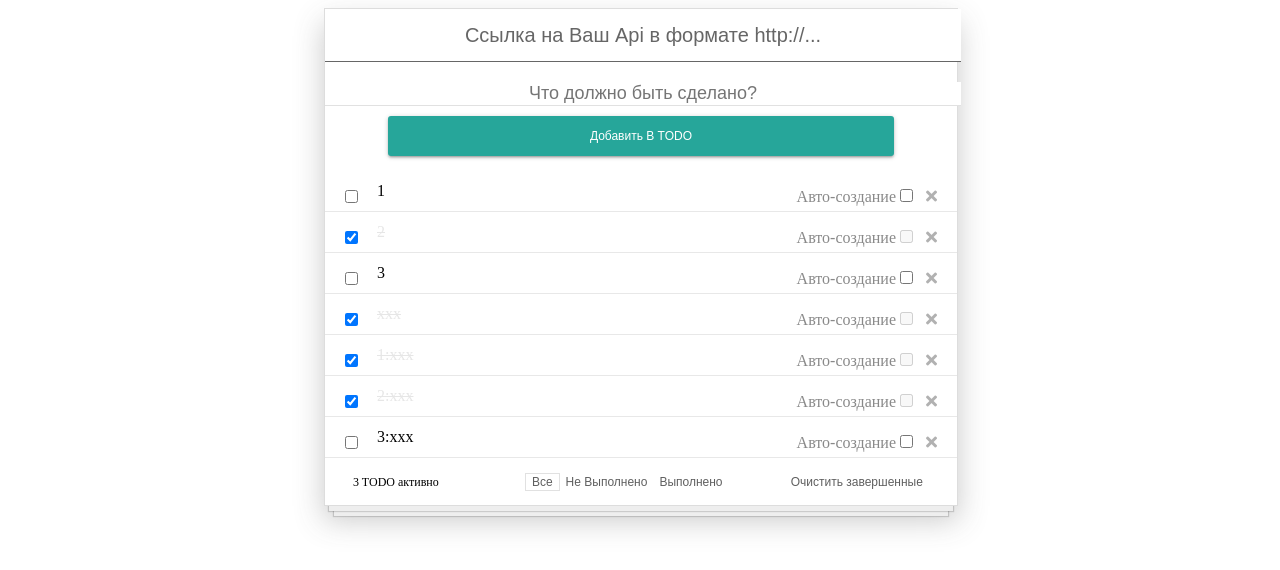
Repository: AntonBrock/taskTodo_for-backend
Page: /
The author's editor kept a copy of each file at every save. The page is drawn from the files as they stood at one save, then again after the next save.
The browser window is 1280 px wide. The pictures show the whole page.
The page's requests for data from a server got no answer. Some web libraries are served in a nearby version. The project was rebuilt for these pictures with package versions that can differ from the ones it lists, and the page was loaded fresh each time. No one was signed in, and anything a server would have sent is missing.

Above is the page before, as saved 2019-04-26 12:07:11.

### public/index.html
<!DOCTYPE html>
<html lang="en">
  <head>
    <meta charset="utf-8">
    <meta http-equiv="X-UA-Compatible" content="IE=edge">
    <meta name="viewport" content="width=device-width,initial-scale=1.0">
    <link rel="stylesheet" href="https://use.fontawesome.com/releases/v5.8.1/css/all.css" integrity="sha384-50oBUHEmvpQ+1lW4y57PTFmhCaXp0ML5d60M1M7uH2+nqUivzIebhndOJK28anvf" crossorigin="anonymous">
    <link rel="icon" href="<%= BASE_URL %>favicon.ico">
    <title>todolist-vue</title>
  </head>
  <body>
    <noscript>
      <strong>We're sorry but todolist-vue doesn't work properly without JavaScript enabled. Please enable it to continue.</strong>
    </noscript>
    <div id="app"></div>
    <!-- built files will be auto injected -->
  </body>
</html>

### src/main.js
import Vue from 'vue'
import store from './store/index'
import Vuex from 'vuex'
import App from './App.vue'

Vue.config.productionTip = false

Vue.use(Vuex)

new Vue({
  store,
  render: h => h(App),
}).$mount('#app')

### src/store/index.js
import Vue from 'vue'
import Vuex from 'vuex'
import urlForm from '../views/todolist/_store'

Vue.use(Vuex)

export default new Vuex.Store({
    modules: {
        urlForm
    }
})

### src/App.vue
<template lang="pug">
  #app
    Todolist
</template>

<script>
import Todolist from './views/todolist/Index.vue'

export default {
  name: 'app',
  components: {
    Todolist
  }
}
</script>

<style lang="stylus">
</style>

### src/views/todolist/_store/index.js
import state from "./state";
import * as getters from "./getters";
import * as mutations from "./mutations";
import * as actions from "./actions";

export default {
  namespaced: true,
  state,
  getters,
  mutations,
  actions
};

### src/views/todolist/Index.vue
<template lang="pug">
  .main-container(v-cloak)
    ApiForm
    div
      input.todo-input(type='text', placeholder='Что должно быть сделано?', v-model='firstTodo',  @keyup.enter='newTodo')
      button.btn(v-on:click='addNewTodo') Добавить В TODO

      Todo(v-for='(todo, index) in todosFiltered', :key='todo.id', :todo="todo" :index='index')
      .extra-container
        .extra-container_numInList {{ remaining }} TODO активно
        div
          button(v-bind:class="{ active: filter == 'all' }", v-on:click=" filter = 'all'") Все
          button(v-bind:class="{ active: filter == 'active' }", v-on:click=" filter = 'active'") Не Выполнено
          button(v-bind:class="{ active: filter == 'completed' }", v-on:click=" filter = 'completed'") Выполнено
        button(@click='filterTodoList') Очистить завершенные
</template>

<script>
import ApiForm from "./_components/ApiForm.vue"
import Todo from "./_components/Todo.vue"
import { mapActions, mapGetters } from "vuex"
import todoApi from "./_api/todoApi.js"

export default {
  data () {
    return {
      id: 8,
      firstTodo: '',
      beforeEditCache: '',
      filter: 'all',
      error: false,
      a: ''
    }
  },
  mounted(){
    // Отправка при включении TODO + сразу отправка всех активных TODO
    todoApi.getTodos('all')
    .then(response => {
      this.todos = response.data
      console.log(response);
    })
    .catch(error => {
      console.log(error);
    })
  },
  created() {
    this.a = JSON.parse(localStorage.getItem('todos'))
    if('todos' in localStorage) {
      this.updateTodoList(this.a)
    }
  },
  computed: {
    ...mapGetters({
      getTodos: 'urlForm/getTodos'
    }),
    remaining() {
      return this.getTodos.filter(todo => !todo.completed).length
    },
    todosFiltered() {
      if (this.filter == 'all') {
        // Отправка при выборе фильтра "Все" (Активные)
        todoApi.getTodos('all')
        .then(done => {
          console.log(done)
        })
        .catch( error => {
          console.log(error)
        })

        console.log(this.getTodos);
        return this.getTodos
      } else if (this.filter == 'active') {
        console.log(this.getTodos);
        return this.getTodos.filter(todo => !todo.completed)
      } else if (this.filter == 'completed') {
        todoApi.getTodos('completed')
        .then(done => {
          console.log(done)
        })
        .catch( error => {
          console.log(error)
        })
        console.log(this.getTodos);
          return this.getTodos.filter(todo => todo.completed)
      }
    }
  },
  methods: {
    ...mapActions({
      filterTodoList: 'urlForm/filterTodoList',
      updateTodoList: "urlForm/updateTodoList"
    }),
    addNewTodo() {
      let data = {
        id: this.id++,
        title: this.firstTodo,
        completed: false,
        check: false,
      }
      if(this.firstTodo.trim().length == 0) {
        return
      }
      // отправка при добавлении нового TODO
      todoApi.postTodo(data)
      .then(() => {
        console.log('ok');
        this.getTodos.push(data)
        localStorage.setItem('todos', JSON.stringify(this.getTodos))
      })
      .catch(error => {
        console.log('Ошибка при запросе на Ваш сервер')
        this.getTodos.push(data)
        localStorage.setItem('todos', JSON.stringify(this.getTodos))
      })

      localStorage.setItem('todos', JSON.stringify(this.getTodos))
      this.firstTodo = ''
    },
    newTodo() {
        let data = {
        id: this.id++,
        title: this.firstTodo,
        completed: false,
        check: false,
      }
      if(this.firstTodo.trim().length == 0) {
        return
      }
      // отправка при добавлении нового TODO
      todoApi.postTodo(data) // каждые 5 сек
      .then(() => {
        console.log('ok');
        this.getTodos.push(data)
        localStorage.setItem('todos', JSON.stringify(this.getTodos))
      })
      .catch(error => {
        console.log('Сервер не ответил')
        this.getTodos.push(data)
        localStorage.setItem('todos', JSON.stringify(this.getTodos))
      })

      localStorage.setItem('todos', JSON.stringify(this.getTodos))
      this.firstTodo = ''
      this.idForTodo++
    }
  },
  components: {
    ApiForm,
    Todo
  }
}

</script>

<style lang="stylus">
  [v-cloak]
    display none

  .main-container
    border 1px solid #DDDDDD
    width 50%
    margin-left 25%
    box-shadow 0 10px 0 -5px #eee,
               0 10px 1px -4px rgba(0,0,0,0.15),
               0 20px 0 -10px rgb(238, 238, 238),
               0 20px 1px -9px rgba(0,0,0,0.15),
               0 14px 28px rgba(75, 75, 75, 0.30)

  .extra-container
    display flex
    align-items center
    justify-content space-around
    font-size 12px
    padding-top 5px
    margin-bottom 14px

  .extra-container_numInList
    margin-right 30px
    font-size 12px

  button
    font-size 12px
    background-color white
    appearance none
    border none
    outline none
    color rgb(95, 95, 95)
    &:hover
      background rgba(211, 211, 211, 0.363)
    &:focus
      outline none

  .active
    background #fff
    border 1px solid #E1E1E1

  .remove-item
    margin-right 20px

  .remove
    margin-left: 10px
    opacity .3
    transition all 0.2s ease-in-out !important
    &:hover
      opacity .9
      color#E11010
      transition all 0.2s ease-in-out !important

  .auto_created
    font-size 1rem
    color rgba(102, 102, 102, 0.767)

  .btn
    border-radius 3px
    margin-bottom 25px
    width 80%
    margin-left 10%
    height 40px
    color #fff
    background-color #26a69a
    text-align center
    letter-spacing .5px
      -webkit-transition background-color .2s ease-out
    transition background-color .2s ease-out
    cursor pointer
    box-shadow 0 2px 2px 0 rgba(0,0,0,.14),
               0 3px 1px -2px rgba(0,0,0,.12),
               0 1px 5px 0 rgba(0,0,0,.2)
    &:hover
      background-color #46b6abe3!important
</style>

### src/views/todolist/_store/state.js
export default {
    url: '',
    todos: [
    {
      'id': 1,
      'title': 1,
      'completed': false,
      'check': false,
    },
    {
      'id': 2,
      'title': 2,
      'completed': true,
      'check': false,
    },
    {
      'id': 3,
      'title': 3,
      'completed': false,
      'check': false,
    },
    {
      'id': 4,
      'title': 'xxx',
      'completed': true,
      'check': false,
    },
    {
      'id': 5,
      'title': '1:xxx',
      'completed': true,
      'check': false,
    },
    {
      'id': 6,
      'title': '2:xxx',
      'completed': true,
      'check': false,
    },
    {
      'id': 7,
      'title': '3:xxx',
      'completed': false,
      'check': false,
    },
  ]
}

### src/views/todolist/_store/getters.js
export const getUrl= state => state.url;
export const getTodos = state => state.todos;

### src/views/todolist/_store/mutations.js
export const UPDATE_URL = state => state.url;
export const UPDATE_TODOS = state => state.todos;
export const CHANGE_TODOS = state => state.todos;

### src/views/todolist/_store/actions.js
export function updateUrl ({ commit, state }, payload) {
    state.url = payload
    commit("UPDATE_URL");
}

export function updateTodo ({ commit }, payload) {
    payload.completed = !payload.completed
    commit("UPDATE_TODOS");
}

export function updateTodoList ({ commit, state }, payload) {
    state.todos = payload
    commit("UPDATE_TODOS");
}

export function filterTodoList ({ commit, state }) {
    state.todos = state.todos.filter(todo => !todo.completed)
    commit("UPDATE_TODOS");
}

### src/views/todolist/_components/ApiForm.vue
<template lang="pug">
  .form(v-cloak='')
    input.inputForUrl(v-model='url',
                      type='text',
                      @blur='updateTodos(url)',
                      placeholder="Ссылка на Ваш Api в формате http://...")
</template>

<script>
import { mapActions, mapGetters } from "vuex";
import todoApi from "../_api/todoApi.js";

export default {
  data() {
    return {
      url: "",
      filter: 'all',
      a: ''
    }
  },
  created(){
    this.a = JSON.parse(localStorage.getItem('todos'))
  },
  computed: {
    ...mapGetters({
      getUrl: "urlForm/getUrl",
      getTodos: 'urlForm/getTodos'
    })
  },
  methods: {
    ...mapActions({
      updateUrl: "urlForm/updateUrl",
      updateTodoList: "urlForm/updateTodoList"
    }),
    updateTodos(url) {
       //получение всех todo при обновлении url ссылки
      this.updateUrl(url);

      if(this.url >= 3){
        this.updateTodoList([])
      }

      if(this.url <= 1) {
        this.updateTodoList(this.a)
      }

      todoApi.getTodos(this.filter)
      .then(response => {
        this.updateTodoList(response.data)
          console.log(response);
      })
      .catch(error => {
          console.log(error)
      });
      console.log('Был установлен ваш Url')
    }
  }
};
</script>

<style lang="stylus">
.inputForUrl
  border-bottom 1px solid #666!important
  margin-bottom 20px
  text-align center
  border none
  width 100%
  height 50px
  font-size 20px
  &::placeholder
    color #666
    font-size 20px
    opacity 1
    transition: 0.2s ease-in-out !important;
		will-change: transform, opacity;

  &:focus::placeholder{
    opacity 0
    transition: 0.2s ease-in-out !important;
		will-change: transform, opacity;
  }
</style>

### src/views/todolist/_components/Todo.vue
<template lang="pug">
  .todo-item
    .todo-item-left
      input.todoInput(type='checkbox', @click='completeTodo(todo)', :checked='todo.completed')
      .todo-item-label(v-if='!todo.editing', v-bind:class='{ completed : todo.completed }') {{ todo.title }}
    .remove-item
      label.auto_created Авто-создание
      input(type='checkbox', :disabled="todo.completed", @click='checkIt(todo)')
      i.fas.fa-times.remove(@click='removeItem(index)')
</template>

<script>
import todoApi from "../_api/todoApi.js"
import { mapActions, mapGetters } from "vuex"
import { setInterval, clearInterval } from 'timers';

export default {
  data() {
    return {

    }
  },
  props: [
    'todo',
    'index'
  ],
  created(){
   localStorage.setItem('todos', JSON.stringify(this.getTodos))
  },
   computed: {
    ...mapGetters({
      getTodos: 'urlForm/getTodos'
    }),
  },
  methods: {
    ...mapActions({
      updateTodo: 'urlForm/updateTodo',

    }),
    completeTodo(todo) {
      // Отправка при выборе фильтра "Выполнено"
      todoApi.editTodo(todo.id)
      .then(() => {
        console.log('Удачно')
      })
      .catch(() => {
        console.log('Ошибка при завершении записи')
      })
      this.updateTodo(todo)
      localStorage.setItem('todos', JSON.stringify(this.getTodos)) //завершенные
    },
    checkIt(todo) {
      todo.check = !todo.check

      todoApi.editTodo(this.todo.id)
      .then(() => {
          console.log('Удачно')
      })
      .catch(() => {
          console.log('Ошибка обновления записи');
      })

     // ведь нужна отрисовка
      localStorage.setItem('todos', JSON.stringify(this.getTodos)) // сохраняеет изменения в Ls, но не отображает их!
    },
    removeItem(index) {
      // отправка удаленного id - todo
      todoApi.deleteTodo(index)
      .then(() => {
        console.log('Удачно');
      })
      .catch( error => {
        console.log(error)
      })

      this.getTodos.splice(index, 1)
      localStorage.setItem('todos', JSON.stringify(this.getTodos))
    }
  }
}
</script>

<style lang="stylus">
  .todo-input
    width 100%
    border none
    margin-bottom 10px
    border-bottom 1px solid rgba(102, 102, 102, 0.192)
    font-size 18px
    transition 0.2s ease-in-out !important
    text-align center
    outline none
    &:placeholder
      color rgba(145, 145, 145, 0.795)
      opacity 1
      transition: 0.2s ease-in-out !important;
		  will-change: transform, opacity;
    &:focus::placeholder
      opacity 0
      transition: 0.2s ease-in-out !important;
		  will-change: transform, opacity;
    &:focus-webkit-input-placeholder
      opacity 0
      transition 0.2s ease-in-out !important
      will-change transform, opacity
    &:-webkit-input-placeholder
      transition 0.2s ease-in-out !important
      will-change transform, opacity
    &:-moz-placeholder
      transition all 0.2s ease-in-out !important
      will-change opacity
      /* Firefox 19+ */
    &:-moz-placeholder
      transition all 0.2s ease-in-out !important
      will-change transform, opacity
      /* Firefox 18- */
    &:-ms-input-placeholder
      transition all 0.2s ease-in-out !important
      will-change transform, opacity

  .todo-item
    width 100%
    margin-bottom 10px
    display flex
    justify-content space-between
    align-items center
    border-bottom 1px solid rgba(226, 226, 226, 0.767)

  .todoInput
    margin-left 20px

  .todo-item-label
    margin-bottom 10px

  .todo-item-left
    display flex
    align-items center

  .todo-item-label
    padding 0px
    border 1px solid white
    margin-left 15px

  .todo-item-edit
    width 50%
    border 1px solid rgba(102, 102, 102, 0.192)
    font-size 18px
    padding 10px 18px
    margin-bottom 20px
    transition 0.2s ease-in-out !important
    &:focus
      outline none
    &:focus-webkit-input-placeholder
      opacity 0
      transition 0.2s ease-in-out !important
      will-change transform, opacity
    &:-webkit-input-placeholder
      transition 0.2s ease-in-out !important
      will-change transform, opacity
    &:-moz-placeholder
      transition all 0.2s ease-in-out !important
      will-change transform, opacity
      /* Firefox 19+ */
    &:-moz-placeholder
      transition all 0.2s ease-in-out !important
      will-change transform, opacity
      /* Firefox 18- */
    &:-ms-input-placeholder
      transition all 0.2s ease-in-out !important
      will-change transform, opacity

  .completed
    text-decoration line-through
    color #E1E1E1
    opacity .8
</style>

### src/views/todolist/_api/todoApi.js
// import Api from '@/api/Api'
import axios from 'axios'
import state from '../_store/state'

const todoApi = {
  getTodos (filter) {
    return axios.get(`${state.url}/todos`, {
      // возвращает отфильтрованный или неотфильтрованный список
      type: filter
    })
  },
  postTodo (data) {
    return axios.post(`${state.url}/todos`, {
      data
    })
  },
  editTodo (id) {
    return axios.patch(`${state.url}/todos/${id}`)
  },
  deleteTodo (id) {
    return axios.delete(`${state.url}/todos/${id}`)
  }
}
export default todoApi

After the next save:
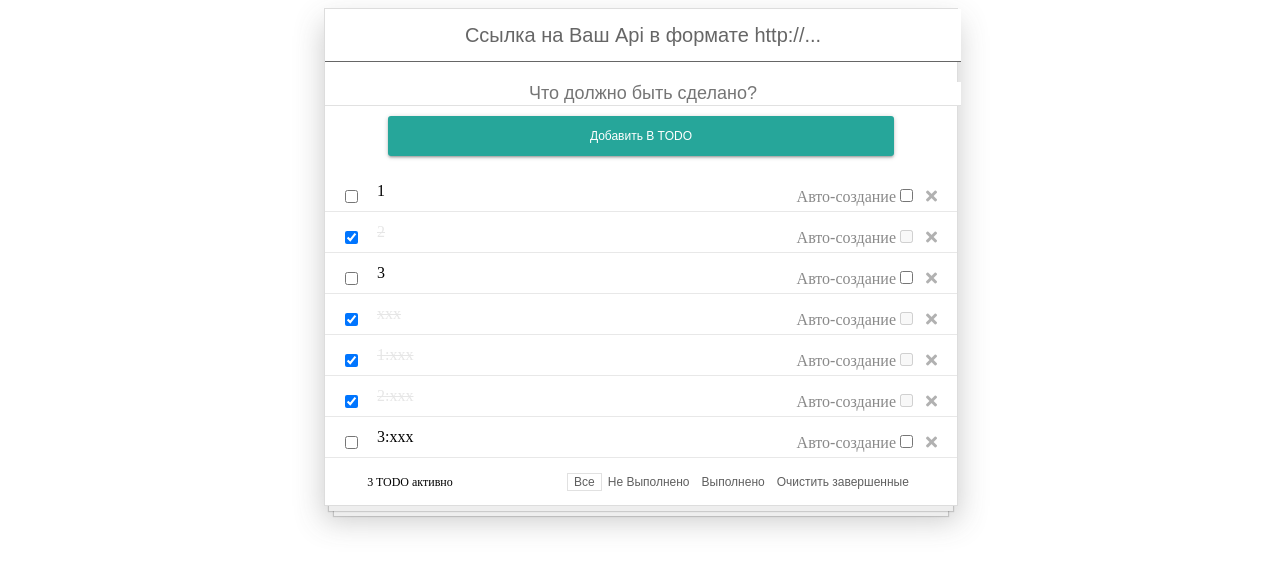
Saved 20 s later.
--- a/src/views/todolist/Index.vue
+++ b/src/views/todolist/Index.vue
@@ -12,7 +12,7 @@
           button(v-bind:class="{ active: filter == 'all' }", v-on:click=" filter = 'all'") Все
           button(v-bind:class="{ active: filter == 'active' }", v-on:click=" filter = 'active'") Не Выполнено
           button(v-bind:class="{ active: filter == 'completed' }", v-on:click=" filter = 'completed'") Выполнено
-        button(@click='filterTodoList') Очистить завершенные
+          button(@click='filterTodoList') Очистить завершенные
 </template>
 
 <script>
